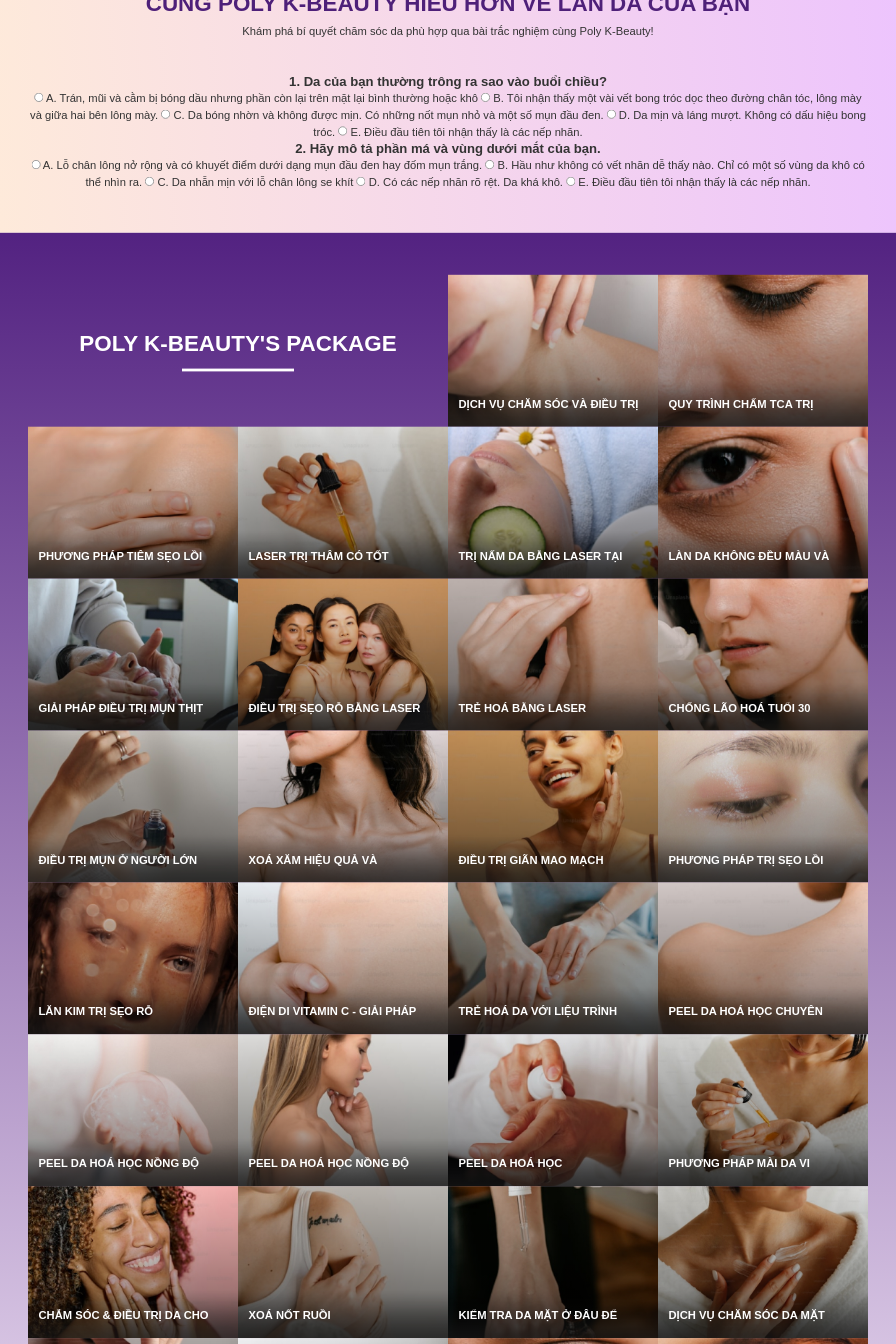
Repository: dinhtri123/k_beauty
Page: test.html
The author's editor kept a copy of each file at every save. The page is drawn from the files as they stood at one save, then again after the next save.
The browser window is 1280 px wide. The pictures show the part of the page from y = 732 to 2652 px (the page is 4522 px tall before and 4594 px after), at 70% of full size.
Some web fonts or font styles are not loaded; a fallback is used.

Above is the page before, as saved 2024-12-25 14:10:33.

### test.html
<!DOCTYPE html>
<html lang="en">

<head>
  <meta charset="UTF-8">
  <meta name="viewport" content="width=device-width, initial-scale=1.0">
  <title>Home Page</title>
  <link rel="stylesheet" href="https://cdn.jsdelivr.net/npm/swiper@11/swiper-bundle.min.css" />
  <link rel="stylesheet" href="https://cdnjs.cloudflare.com/ajax/libs/font-awesome/6.7.2/css/all.min.css"
    integrity="sha512-Evv84Mr4kqVGRNSgIGL/F/aIDqQb7xQ2vcrdIwxfjThSH8CSR7PBEakCr51Ck+w+/U6swU2Im1vVX0SVk9ABhg=="
    crossorigin="anonymous" referrerpolicy="no-referrer" />
  <link rel="stylesheet" href="./css/style.css">
  <link rel="stylesheet" href="./css/test.css">
</head>

<body>
  <header>
    <div class="header-top-wrapper">
      <div class="container">
        <div class="header-top">
          <div class="header-top-left">
            <a href="mailto:caodang@fpt.edu.vn">
              <img src="./images/mail-outline.png" alt="">
              <span>caodang@fpt.edu.vn</span>
            </a>
            <p>
              <img src="./images/call-outline.png" alt="">
              <a href="tel:024 6327 6402">024 6327 6402</a>
              <span>|</span>
              <a href="tel: 0981 725 836"> 0981 725 836</a>
            </p>
          </div>
          <div class="header-top-right">
            <a href="">
              <img src="./images/Facebook.png" alt="">
            </a>
            <a href="">
              <img src="./images/YouTube.png" alt="">
            </a>
            <a href="">
              <img src="./images/TikTok.png" alt="">
            </a>
            <a href="">
              <img src="./images/Frame.png" alt="">
            </a>
          </div>
        </div>
      </div>
    </div>
    <div class="header-main container">
      <a href="" class="header-logo">
        <img src="./images/logo.png" alt="">
      </a>
      <nav class="header-nav">
        <ul class="header-menu">
          <li>
            <a href="">Trang chủ</a>
          </li>
          <li>
            <a href="">Giới thiệu
              <span>
                <img src="./images/arrow-bottom.png" alt="">
              </span>
            </a>
          </li>
          <li>
            <a href="">ngành đào tạo
              <span>
                <img src="./images/arrow-bottom.png" alt="">
              </span>
            </a>
          </li>
          <li>
            <a href="">ƯU đãi</a>
          </li>
          <li>
            <a href="">kiến thức da liễu cùng chuyên gia</a>
          </li>
          <li class="header-btn-close sm">
            <i class="fa-solid fa-xmark"></i>
          </li>
        </ul>
      </nav>
      <span class="header-btn-menu sm">
        <i class="fa-solid fa-bars"></i>
      </span>
    </div>
  </header>
  <main id="test">
    <section class="slider-hero">
      <div class="swiper hero-swiper">
        <div class="swiper-wrapper">
          <div class="swiper-slide">
            <img src="./images/image 1.jpg" alt="">
          </div>
          <div class="swiper-slide">
            <img src="./images/image 1.jpg" alt="">
          </div>
          <div class="swiper-slide">
            <img src="./images/image 1.jpg" alt="">
          </div>
        </div>
        <div class="hero-btn swiper-button-next">
          <i class="fa-solid fa-chevron-right"></i>
        </div>
        <div class="hero-btn swiper-button-prev">
          <i class="fa-solid fa-chevron-left"></i>
        </div>
        <div class="swiper-pagination"></div>
      </div>
    </section>
    <section class="befenit">
      <div class="container">
        <div class="befenit-inner">
          <h2>CÙNG POLY K-BEAUTY HIỂU HƠN VỀ LÀN DA CỦA BẠN</h2>
          <p>Khám phá bí quyết chăm sóc da phù hợp qua bài trắc nghiệm cùng Poly K-Beauty!</p>
          <div class="befenit-question">
            <div class="question-item">
              <h3>1. Da của bạn thường trông ra sao vào buổi chiều?</h3>
              <div class="question-option">
                <label for="question_1_opt_1">
                  <input type="radio" name="question_1" id="question_1_opt_1">
                  A. Trán, mũi và cằm bị bóng dầu nhưng phần còn lại trên mặt lại bình thường hoặc khô
                </label>
                <label for="question_1_opt_2">
                  <input type="radio" name="question_1" id="question_1_opt_2">
                  B. Tôi nhận thấy một vài vết bong tróc dọc theo đường chân tóc, lông mày và giữa hai bên lông mày.
                </label>
                <label for="question_1_opt_3">
                  <input type="radio" name="question_1" id="question_1_opt_3">
                  C. Da bóng nhờn và không được mịn. Có những nốt mụn nhỏ và một số mụn đầu đen.
                </label>
                <label for="question_1_opt_4">
                  <input type="radio" name="question_1" id="question_1_opt_4">
                  D. Da mịn và láng mượt. Không có dấu hiệu bong tróc.
                </label>
                <label for="question_1_opt_5">
                  <input type="radio" name="question_1" id="question_1_opt_5">
                  E. Điều đầu tiên tôi nhận thấy là các nếp nhăn.
                </label>
              </div>
            </div>
            <div class="question-item">
              <h3>2. Hãy mô tả phần má và vùng dưới mắt của bạn.</h3>
              <div class="question-option">
                <label for="question_1_opt_1">
                  <input type="radio" name="question_1" id="question_1_opt_1">
                  A. Lỗ chân lông nở rộng và có khuyết điểm dưới dạng mụn đầu đen hay đốm mụn trắng.
                </label>
                <label for="question_1_opt_2">
                  <input type="radio" name="question_1" id="question_1_opt_2">
                  B. Hầu như không có vết nhăn dễ thấy nào. Chỉ có một số vùng da khô có thể nhìn ra.
                </label>
                <label for="question_1_opt_3">
                  <input type="radio" name="question_1" id="question_1_opt_3">
                  C. Da nhẵn mịn với lỗ chân lông se khít
                </label>
                <label for="question_1_opt_4">
                  <input type="radio" name="question_1" id="question_1_opt_4">
                  D. Có các nếp nhăn rõ rệt. Da khá khô.
                </label>
                <label for="question_1_opt_5">
                  <input type="radio" name="question_1" id="question_1_opt_5">
                  E. Điều đầu tiên tôi nhận thấy là các nếp nhăn.
                </label>
              </div>
            </div>
          </div>
        </div>
      </div>
    </section>
    <section class="package">
      <div class="container">
        <div class="package-inner">
          <h2>POLY K-BEAUTY'S PACKAGE <span class="line"></span></h2>
          <div class="package-item">
            <img src="./images/package_img1.jpg" alt="">
            <h3>Dịch vụ chăm sóc và điều trị</h3>
          </div>
          <div class="package-item">
            <img src="./images/package_img2.jpg" alt="">
            <h3>QUY TRÌNH CHẤM TCA TRỊ</h3>
          </div>
          <div class="package-item">
            <img src="./images/package_img3.jpg" alt="">
            <h3>PHƯƠNG PHÁP TIÊM SẸO LỒI</h3>
          </div>
          <div class="package-item">
            <img src="./images/package_img4.jpg" alt="">
            <h3>LASER TRỊ THÂM CÓ TỐT</h3>
          </div>
          <div class="package-item">
            <img src="./images/package_img5.jpg" alt="">
            <h3>TRỊ NẤM DA BẰNG LASER TẠI</h3>
          </div>
          <div class="package-item">
            <img src="./images/package_img6.jpg" alt="">
            <h3>LÀN DA KHÔNG ĐỀU MÀU VÀ</h3>
          </div>
          <div class="package-item">
            <img src="./images/package_img7.jpg" alt="">
            <h3>GIẢI PHÁP ĐIỀU TRỊ MỤN THỊT</h3>
          </div>
          <div class="package-item">
            <img src="./images/package_img8.jpg" alt="">
            <h3>ĐIỀU TRỊ SẸO RỖ BẰNG LASER</h3>
          </div>
          <div class="package-item">
            <img src="./images/package_img9.jpg" alt="">
            <h3>TRẺ HOÁ BẰNG LASER</h3>
          </div>
          <div class="package-item">
            <img src="./images/package_img10.jpg" alt="">
            <h3>CHỐNG LÃO HOÁ TUỔI 30</h3>
          </div>
          <div class="package-item">
            <img src="./images/package_img11.jpg" alt="">
            <h3>ĐIỀU TRỊ MỤN Ở NGƯỜI LỚN</h3>
          </div>
          <div class="package-item">
            <img src="./images/package_img12.jpg" alt="">
            <h3>XOÁ XĂM HIỆU QUẢ VÀ</h3>
          </div>
          <div class="package-item">
            <img src="./images/package_img13.jpg" alt="">
            <h3>ĐIỀU TRỊ GIÃN MAO MẠCH</h3>
          </div>
          <div class="package-item">
            <img src="./images/package_img14.jpg" alt="">
            <h3>PHƯƠNG PHÁP TRỊ SẸO LỒI</h3>
          </div>
          <div class="package-item">
            <img src="./images/package_img15.jpg" alt="">
            <h3>LĂN KIM TRỊ SẸO RỖ</h3>
          </div>
          <div class="package-item">
            <img src="./images/package_img16.jpg" alt="">
            <h3>ĐIỆN DI VITAMIN C - GIẢI PHÁP</h3>
          </div>
          <div class="package-item">
            <img src="./images/package_img17.jpg" alt="">
            <h3>TRẺ HOÁ DA VỚI LIỆU TRÌNH</h3>
          </div>
          <div class="package-item">
            <img src="./images/package_img18.jpg" alt="">
            <h3>PEEL DA HOÁ HỌC CHUYÊN</h3>
          </div>
          <div class="package-item">
            <img src="./images/package_img19.jpg" alt="">
            <h3>PEEL DA HOÁ HỌC NỒNG ĐỘ</h3>
          </div>
          <div class="package-item">
            <img src="./images/package_img20.jpg" alt="">
            <h3>PEEL DA HOÁ HỌC NỒNG ĐỘ</h3>
          </div>
          <div class="package-item">
            <img src="./images/package_img21.jpg" alt="">
            <h3>PEEL DA HOÁ HỌC</h3>
          </div>
          <div class="package-item">
            <img src="./images/package_img22.jpg" alt="">
            <h3>PHƯƠNG PHÁP MÀI DA VI</h3>
          </div>
          <div class="package-item">
            <img src="./images/package_img23.jpg" alt="">
            <h3>CHẮM SÓC & ĐIỀU TRỊ DA CHO</h3>
          </div>
          <div class="package-item">
            <img src="./images/package_img24.jpg" alt="">
            <h3>XOÁ NỐT RUỒI</h3>
          </div>
          <div class="package-item">
            <img src="./images/package_img25.jpg" alt="">
            <h3>KIỂM TRA DA MẶT Ở ĐÂU ĐỂ</h3>
          </div>
          <div class="package-item">
            <img src="./images/package_img26.jpg" alt="">
            <h3>DỊCH VỤ CHĂM SÓC DA MẶT</h3>
          </div>
          <div class="package-item">
            <img src="./images/package_img27.jpg" alt="">
            <h3>MỤN LÀ CHUYỆN NHỎ VỚI</h3>
          </div>
          <div class="package-item">
            <img src="./images/package_img28.jpg" alt="">
            <h3>TÌM LẠI LÀN DA MỊN MÀNG VỚI</h3>
          </div>
          <div class="package-item">
            <img src="./images/package_img29.jpg" alt="">
            <h3>ĐỐT MỤN THỊT, U VÀNG</h3>
          </div>
          <div class="package-item">
            <img src="./images/package_img30.jpg" alt="">
            <h3>ĐIỀU TRỊ MỤN TRỨNG CÁ DỨT</h3>
          </div>
          <div class="package-item">
            <img src="./images/package_img31.jpg" alt="">
            <h3>TRIỆT LÔNG VĨNH VIỄN</h3>
          </div>
          <div class="package-item">
            <img src="./images/package_img32.jpg" alt="">
            <h3>NÁM DA VÀ RỐI LOẠN SẮC TỐ</h3>
          </div>
          <div class="package-item">
            <img src="./images/package_img33.jpg" alt="">
            <h3>LIỆU TRÌNH TRẺ HOÁ DA LÀM</h3>
          </div>
          <div class="package-item">
            <img src="./images/package_img34.jpg" alt="">
            <h3>ĐIỀU TRỊ TRỊ MỤN</h3>
          </div>
        </div>
      </div>
    </section>
    <section class="form-bottom">
      <div class="container">
        <div class="form-inner">
          <div class="form-text">
            <h2>Tìm hiểu chương trình tại Poly K-Beauty và nhận tư vấn ngay!</h2>
            <button>Đăng ký ngay</button>
          </div>
          <div class="form-img">
            <img src="./images/form-img.png" alt="">
          </div>
        </div>
      </div>
    </section>
  </main>
  <footer>
    <div class="container">
      <div class="footer-wrapper">
        <div class="footer-left">
          <div class="footer-logo">
            <img src="./images/logo-footer.png" alt="">
          </div>
          <div class="footer-social">
            <a href="#">
              <img src="./images/icon-fb.png" alt="">
            </a>
            <a href="#">
              <img src="./images/icon-ytb.png" alt="">
            </a>
            <a href="#">
              <img src="./images/icon-tiktok.png" alt="">
            </a>
            <a href="#">
              <img src="./images/icon-wiki.png" alt="">
            </a>
          </div>
          <div class="footer-contact">
            <h3>THÔNG TIN LIÊN HỆ</h3>
            <ul>
              <li>Điện thoại: (024) 7300 1955</li>
              <li>Email: caodang@fpt.edu.vn</li>
            </ul>
          </div>
        </div>
        <div class="footer-right">
          <h3>HỆ THỐNG VĂN PHÒNG TUYỂN SINH</h3>
          <div class="footer-local">
            <div class="local-item">
              <h4>Cơ sở Hà Nội</h4>
              <ul>
                <li><span><ion-icon name="location-outline"></ion-icon></span> Cổng số 1, Tòa nhà FPT
                  Polytechnic, 13 phố Trịnh Văn Bô, phường Phương Canh, quận Nam Từ Liêm, TP Hà Nội
                  Km12
                  Cầu Diễn, Phường Phúc Diễn, Quận Bắc Từ Liêm, Hà Nội</li>
                <li><span><ion-icon name="call-outline"></ion-icon></span>(024) 8582 0808</li>
              </ul>
            </div>
            <div class="local-item">
              <h4>Cơ sở Hồ Chí Minh</h4>
              <ul>
                <li><span><ion-icon name="location-outline"></ion-icon></span> Tòa nhà QTSC9 (toà T),
                  đường
                  Tô Ký, phường Tân Chánh Hiệp, quận 12, TP HCM.</li>
                <li><span><ion-icon name="location-outline"></ion-icon></span> 778/B1 Nguyễn Kiệm,
                  phường
                  04, quận Phú Nhuận, TP HCM
                  0901 660 002 – 028 6686 6486</li>
              </ul>
            </div>
            <div class="local-item">
              <h4>Cơ sở Thái Nguyên</h4>
              <ul>
                <li><span><ion-icon name="location-outline"></ion-icon></span> Tòa nhà FPT Polytechnic,
                  đường đê Mỏ Bạch, tổ 10, phường Quyết Thắng, TP Thái Nguyên, tỉnh Thái Nguyên</li>
                <li><span><ion-icon name="location-outline"></ion-icon></span> 091 532 9213</li>
              </ul>
            </div>
            <div class="local-item">
              <h4>Cơ sở Đà Nẵng</h4>
              <ul>
                <li><span><ion-icon name="location-outline"></ion-icon></span> 219 Nguyễn Sinh Sắc,
                  phường
                  Hoà Minh, quận Liên Chiểu, TP Đà Nẵng</li>
                <li><span><ion-icon name="location-outline"></ion-icon></span> 023 6371 0999 – 094 302
                  5282
                </li>
              </ul>
            </div>
            <div class="local-item">
              <h4>Cơ sở Hải Phòng</h4>
              <ul>
                <li><span><ion-icon name="location-outline"></ion-icon></span> 271 Lê Thánh Tông, phường
                  Máy
                  Chai, quận Ngô Quyền, TP Hải Phòng</li>
                <li><span><ion-icon name="location-outline"></ion-icon></span> 0915431313</li>
              </ul>
            </div>
            <div class="local-item">
              <h4>Cơ sở Quy Nhơn</h4>
              <ul>
                <li><span><ion-icon name="location-outline"></ion-icon></span> 107A Thanh Niên, phường
                  Quang
                  Trung, TP Quy Nhơn, tỉnh Bình Định</li>
                <li><span><ion-icon name="location-outline"></ion-icon></span> 039 404 4568</li>
              </ul>
            </div>
            <div class="local-item">
              <h4>Cơ sở Hà Nam</h4>
              <ul>
                <li><span><ion-icon name="location-outline"></ion-icon></span> Tổ hợp Giáo dục FPT,
                  Unischool, Khu Đại học Nam Cao, Phường Hoàng Đông, Thị xã Duy Tiên, Hà Nam</li>
                <li><span><ion-icon name="location-outline"></ion-icon></span> 0911 968 213</li>
              </ul>
            </div>
            <div class="local-item">
              <h4>Cơ sở Tây Nguyên</h4>
              <ul>
                <li><span><ion-icon name="location-outline"></ion-icon></span> Số 300, 6 Đường Hà Huy
                  Tập,
                  Tổ dân phố 8, phường Tân An, TP Buôn Ma Thuột, Đắk Lắk</li>
                <li><span><ion-icon name="location-outline"></ion-icon></span> 026 2355 5678</li>
              </ul>
            </div>
            <div class="local-item">
              <h4>Cơ sở Thanh Hoá</h4>
              <ul>
                <li><span><ion-icon name="location-outline"></ion-icon></span> Tòa Beta, Tổ hợp giáo dục
                  FPT, Đại lộ Võ Nguyên Giáp, phường Quảng Thành, TP Thanh Hóa</li>
                <li><span><ion-icon name="location-outline"></ion-icon></span> 091 378 5213</li>
              </ul>
            </div>
            <div class="local-item">
              <h4>Cơ sở Đồng Nai</h4>
              <ul>
                <li><span><ion-icon name="location-outline"></ion-icon></span> 193 Đỗ Văn Thi, phường
                  Hiệp
                  Hòa, TP Biên Hòa, tỉnh Đồng Nai</li>
                <li><span><ion-icon name="location-outline"></ion-icon></span> 0345 690 031 – 0989 871
                  031
                </li>
              </ul>
            </div>
            <div class="local-item">
              <h4>Cơ sở Cần Thơ</h4>
              <ul>
                <li><span><ion-icon name="location-outline"></ion-icon></span> Toà nhà FPT Polytechnic,
                  đường số 22, phường Thường Thạnh, quận Cái Răng, TP Cần Thơ</li>
                <li><span><ion-icon name="location-outline"></ion-icon></span> 098 388 1100 – 091 2823
                  492
                </li>
              </ul>
            </div>
          </div>
        </div>
      </div>
    </div>
  </footer>
</body>

<script src="https://cdn.jsdelivr.net/npm/swiper@11/swiper-bundle.min.js"></script>

<script>
  var swiper = new Swiper(".hero-swiper", {
    loop: true,
    navigation: {
      nextEl: ".swiper-button-next",
      prevEl: ".swiper-button-prev",
    },
    pagination: {
      el: ".swiper-pagination",
    },
  });
</script>
<script src="./index.js"></script>

</html>

Loaded but not shown: index.js (22 lines, source omitted); css/style.css (697 lines, source omitted); css/test.css (empty)

After the next save:
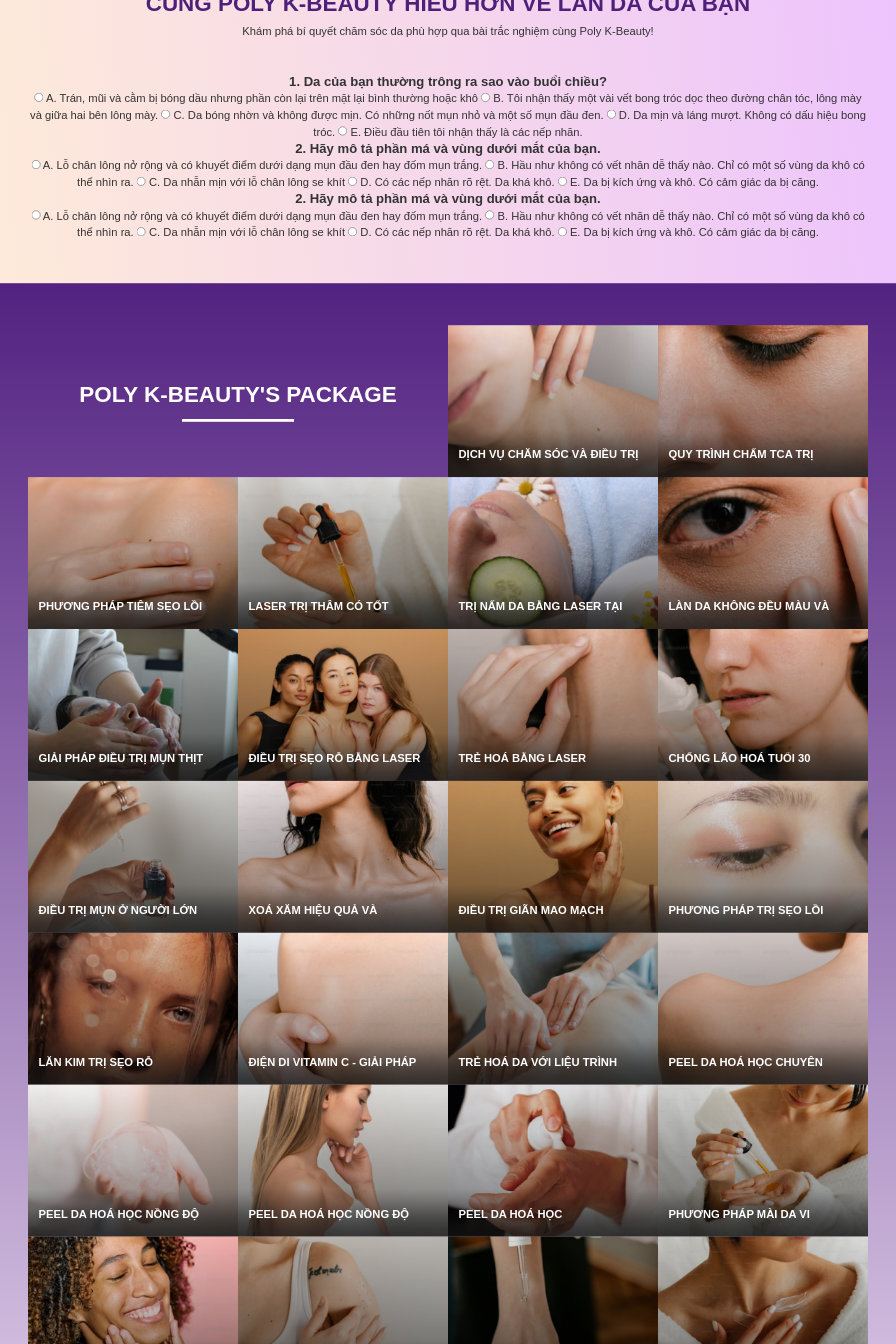
Saved 10 s later.
--- a/test.html
+++ b/test.html
@@ -161,7 +161,32 @@
                 </label>
                 <label for="question_1_opt_5">
                   <input type="radio" name="question_1" id="question_1_opt_5">
-                  E. Điều đầu tiên tôi nhận thấy là các nếp nhăn.
+                  E. Da bị kích ứng và khô. Có cảm giác da bị căng.
+                </label>
+              </div>
+            </div>
+            <div class="question-item">
+              <h3>2. Hãy mô tả phần má và vùng dưới mắt của bạn.</h3>
+              <div class="question-option">
+                <label for="question_1_opt_1">
+                  <input type="radio" name="question_1" id="question_1_opt_1">
+                  A. Lỗ chân lông nở rộng và có khuyết điểm dưới dạng mụn đầu đen hay đốm mụn trắng.
+                </label>
+                <label for="question_1_opt_2">
+                  <input type="radio" name="question_1" id="question_1_opt_2">
+                  B. Hầu như không có vết nhăn dễ thấy nào. Chỉ có một số vùng da khô có thể nhìn ra.
+                </label>
+                <label for="question_1_opt_3">
+                  <input type="radio" name="question_1" id="question_1_opt_3">
+                  C. Da nhẵn mịn với lỗ chân lông se khít
+                </label>
+                <label for="question_1_opt_4">
+                  <input type="radio" name="question_1" id="question_1_opt_4">
+                  D. Có các nếp nhăn rõ rệt. Da khá khô.
+                </label>
+                <label for="question_1_opt_5">
+                  <input type="radio" name="question_1" id="question_1_opt_5">
+                  E. Da bị kích ứng và khô. Có cảm giác da bị căng.
                 </label>
               </div>
             </div>
